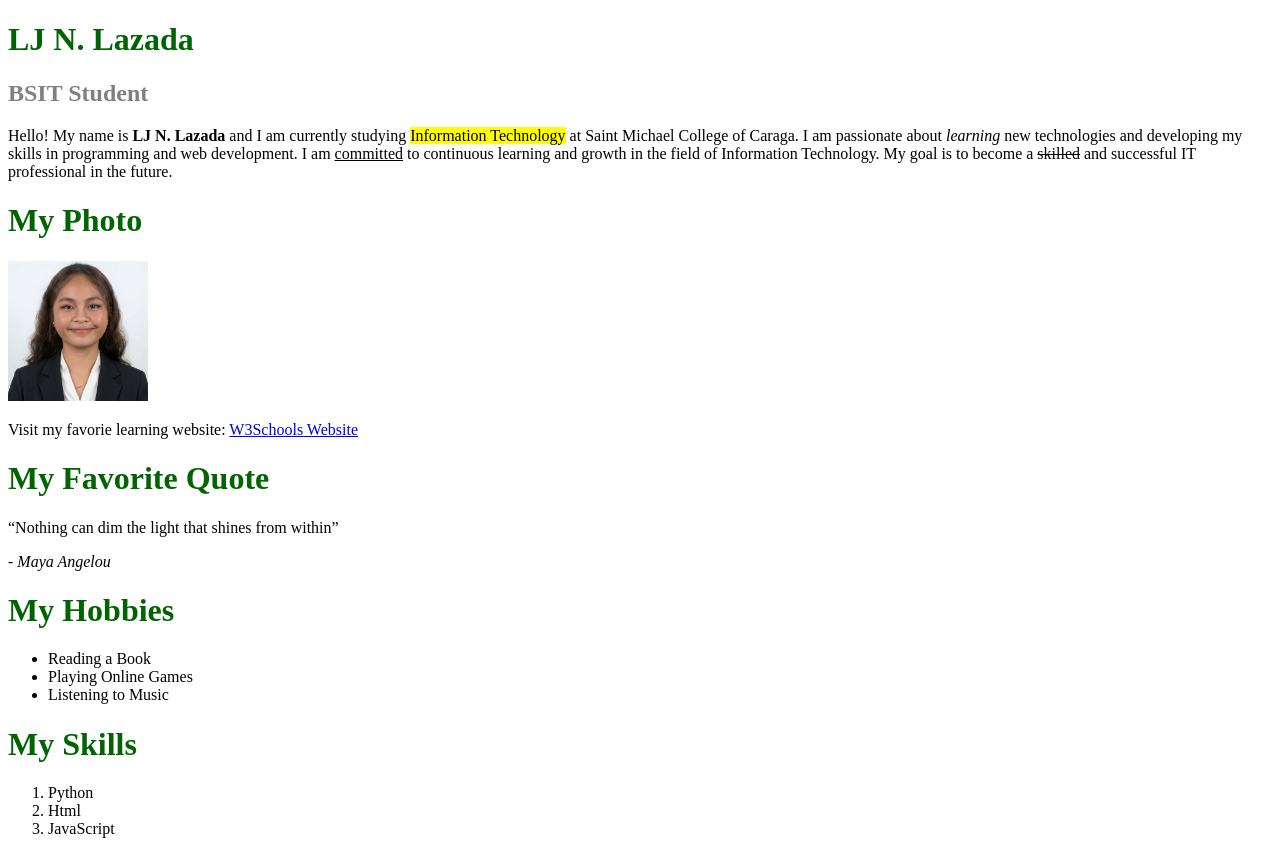
Repository: ljlazada11/myfirsthtml
Page: index.html
An editor plug-in stored every save of this project. The page is shown before and after the next save, followed by the edit.
The browser window is 1280 px wide. The pictures show the whole page.

Above is the page before, as saved 2026-06-24 20:05:01.

### index.html
<!DOCTYPE html>
<html lang="en">
<head>
    <meta charset="UTF-8">
    <meta name="viewport" content="width=device-width, initial-scale=1.0">
    <title>My Personal Web Profile</title>
    <link rel="icon" type="image/x-icon" href="images.png">

</head>
<body>
    <h1 style="color:darkgreen;">LJ N. Lazada</h1>
    <h2 style="color:gray;">BSIT Student</h2>
    <p>Hello! My name is <strong>LJ N. Lazada</strong> and I am currently studying <mark>Information Technology</mark> at Saint Michael College of Caraga. I am passionate about <i>learning</i> new technologies and developing my skills in programming and web development. I am <ins>committed</ins> to continuous learning and growth in the field of Information Technology. My goal is to become a <del>skilled</del> and successful IT professional in the future.</p>
</body>
    <h1 style="color:darkgreen;">My Photo</h1>
    <img src="pic.jpg" alt="My	Profile	Picture" width="140" height="140">
    <p> Visit my favorie learning website: <a href="https://www.w3schools.com/html/default.asp" target="_blank">W3Schools	Website</a></p>

<body>
    <h1 style="color:darkgreen;">My Favorite Quote</h1>
    <p><q>Nothing can dim the light that shines from within</q></p>
    <p><cite>- Maya Angelou</cite></p>
</body>
<body>
    <h1 style="color:darkgreen">My Hobbies</h1>
    <ul>
        <li>Reading a Book</li>
        <li>Playing Online Games</li>
        <li>Listening to Music</li>
    </ul>
</body>
    <h1 style="color:darkgreen">My Skills</h1>
    <ol>
        <li>Python</li>
        <li>Html</li>
        <li>JavaScript</li>
    </ol>


</html>

After the next save:
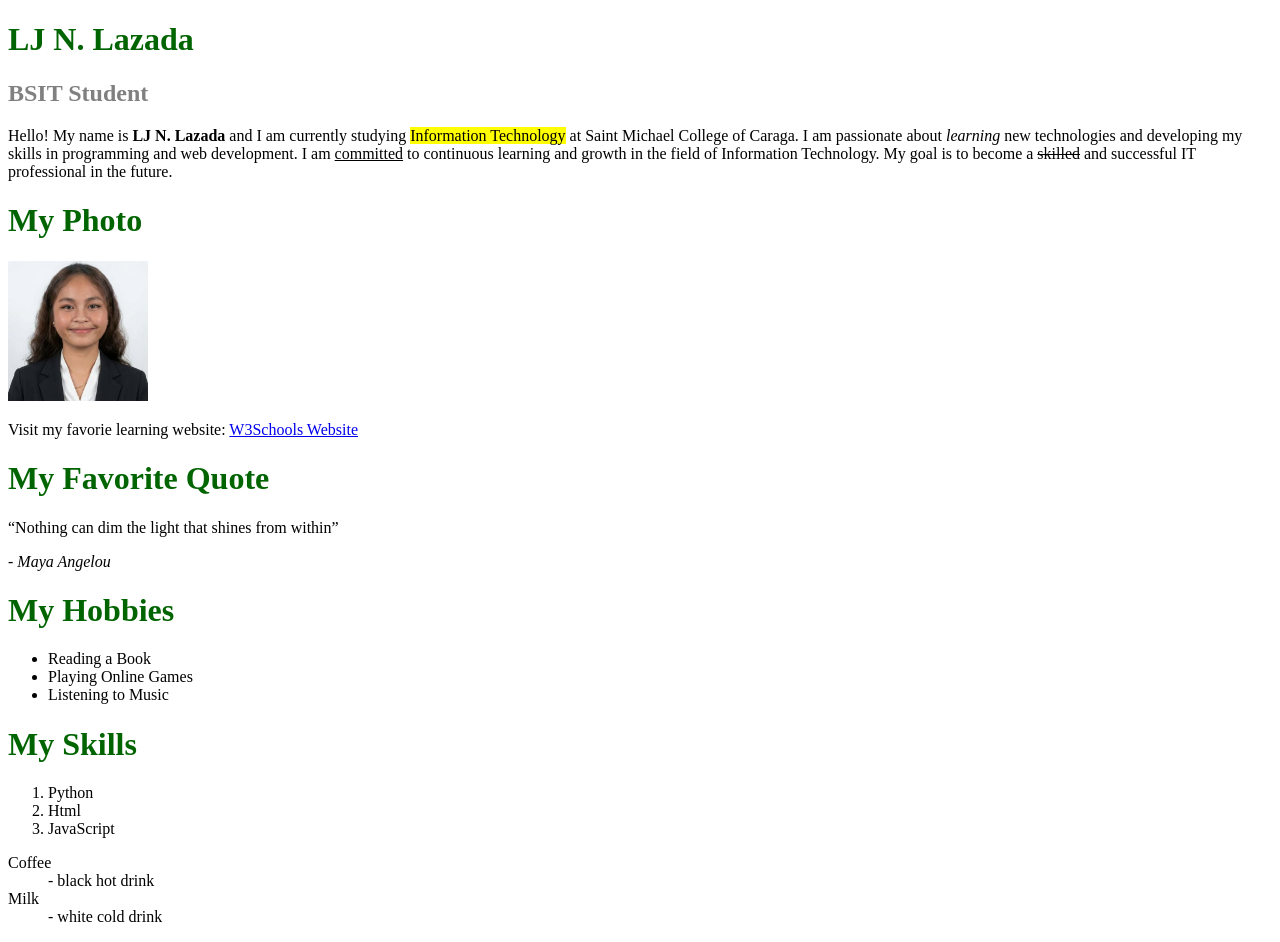
Saved 87 s later.
--- a/index.html
+++ b/index.html
@@ -35,6 +35,14 @@
         <li>Html</li>
         <li>JavaScript</li>
     </ol>
+<body>
+    <dl>
+        <dt>Coffee</dt>
+        <dd>- black hot drink</dd>
+        <dt>Milk</dt>
+        <dd>- white cold drink</dd>
+    </dl>
+</body>
 
 
 </html>
